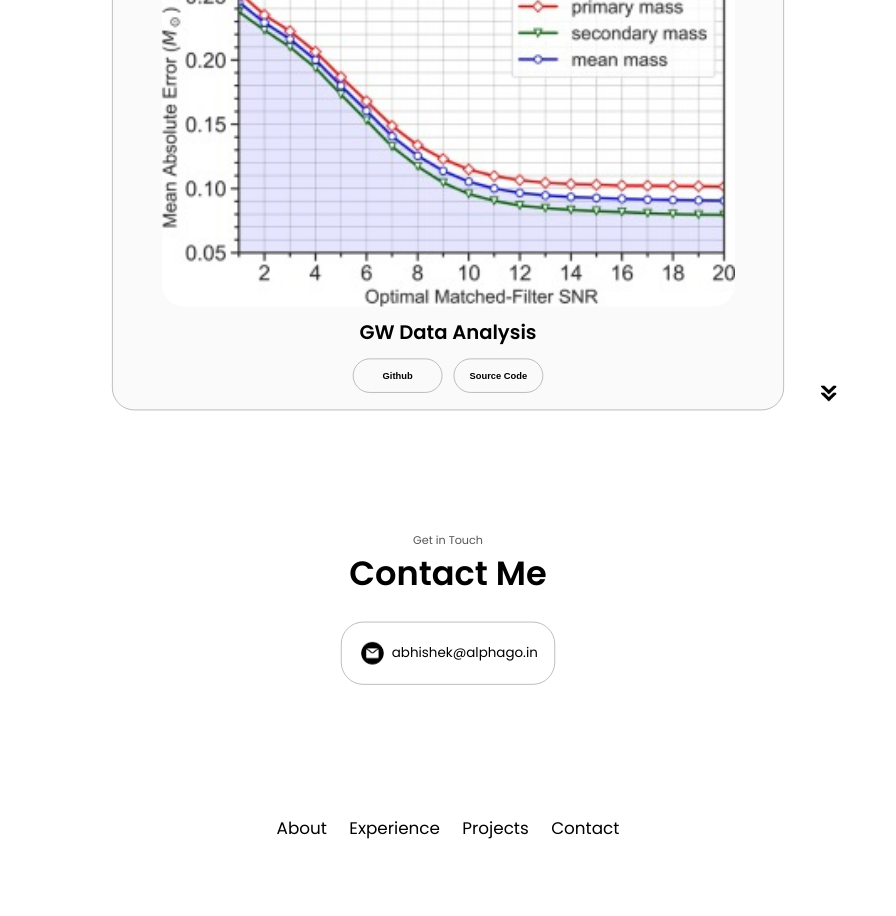
Repository: APersonalVoyage/APersonalVoyage.github.io
Page: index.html
The author's editor kept a copy of each file at every save. The page is drawn from the files as they stood at one save, then again after the next save.
The browser window is 1280 px wide. The pictures show the part of the page from y = 2973 to 4893 px (the page is 4282 px tall before and 4893 px after), at 70% of full size.
A picture or video elsewhere on the page could not be fetched, so the positions and the page height are approximate.

Above is the page before, as saved 2023-08-24 18:15:34.

### index.html
<!DOCTYPE html>
<html lang="en">
  <head>
    <meta charset="UTF-8" />
    <meta http-equiv="X-UA-Compatible" content="IE=edge" />
    <meta name="viewport" content="width=device-width, initial-scale=1.0" />
    <title>My Portfolio</title>
    <link rel="stylesheet" href="style.css" />
    <link rel="stylesheet" href="mediaqueries.css" />

  </head>
  <body>
    <nav id="desktop-nav">
      <div class="logo">Abhishek Karkola</div>
      <div>
        <ul class="nav-links">
          <li><a href="#about">About</a></li>
          <li><a href="#experience">Experience</a></li>
          <li><a href="#projects">Projects</a></li>
          <li><a href="#contact">Contact</a></li>
        </ul>
      </div>
    </nav>
    <nav id="hamburger-nav">
      <div class="logo">Abhishek Karkola</div>
      <div class="hamburger-menu">
        <div class="hamburger-icon" onclick="toggleMenu()">
          <span></span>
          <span></span>
          <span></span>
        </div>
        <div class="menu-links">
          <li><a href="#about" onclick="toggleMenu()">About</a></li>
          <li><a href="#experience" onclick="toggleMenu()">Experience</a></li>
          <li><a href="#projects" onclick="toggleMenu()">Projects</a></li>
          <li><a href="#contact" onclick="toggleMenu()">Contact</a></li>
        </div>
      </div>
    </nav>
    <section id = "profile" style = "text-align: center;" >
        <div class="section__pic-container">
            <img src="./assets/My_profile-fotor-20230824122059.png" alt="profile" class="section__pic">
        </div>
        <div class= "section_text" style = "margin-top: 200px;" >
            <p class="section__text__p1">Hello, I'm</p>
        <h1 class="title">Abhishek Karkola</h1>
        <p class="section__text__p2">Gravitational Wave Astrophysicist</p>
        <div class="btn-container">
            <button
              class="btn btn-color-2"
              onclick="window.open('./assets/Abhishek_Academic_CV.pdf')"
            >
              Download CV
            </button>
            <button class="btn btn-color-1" onclick="location.href='./#contact'">
              Contact Info
            </button>
          </div>
          <div id="socials-container">
            <img
            src="./assets/linkedin.png"
            alt="My LinkedIn profile"
            class="icon"
            onclick="location.href='https://linkedin.com/'"
          />
          <img
            src="./assets/github.png"
            alt="My Github profile"
            class="icon"
            onclick="location.href='https://github.com/APersonalVoyage'"
          />
          <img
            src="./assets/instagram.png"
            alt="My instagram profile"
            class="icon"
            onclick="location.href='https://www.instagram.com/apersonalvoyage/'"
          />
          <img
            src="./assets/twitter.png"
            alt="My twitter profile"
            class="icon"
            onclick="location.href='https://twitter.com/APersonalVoyage'"
          />
        </div>
      </div>
          </div>

        </div>
    </section>
    <section id="about">
        <p class="section__text__p1">Get To Know More</p>
        <h1 class="title">About Me</h1>
        <div class="section-container">
          <div class="section__pic-container" style="margin-top: 150px">
            <img
              src="./assets/Profile_Pic2.JPG"
              alt="Profile picture"
              class="about-pic"
            />
          </div>
          <div class="about-details-container">
            <div class="about-containers">
              <div class="details-container">
                <img
                  src="./assets/experience.png"
                  alt="Experience icon"
                  class="icon"
                />
                <h3>Experience</h3>
                <p>1+ years <br />Research Intern</p>
              </div>
              <div class="details-container">
                <img
                  src="./assets/education.png"
                  alt="Education icon"
                  class="icon"
                />
                <h3>Education</h3>
                <p>B.E. Electronics<br />M.Sc. GW Physics</p>
              </div>
            </div>
            <div class="text-container">
              <p>
                I hold a Masters degree in Gravitational Wave Physics from Cardiff University, where my academic journey led me to explore the captivating realms of cosmology, advanced general relativity, and numerical relativity. Prior to this, I earned a Bachelors degree in Electronics and Communication Engineering, where I developed a solid foundation in the intricate world of electronic systems and communication technologies
              </p>
            </div>
          </div>
        </div>
        <img
          src="./assets/arrow.png"
          alt="Arrow icon"
          class="icon arrow"
          onclick="location.href='./#experience'"
        />
    </section>
</section>
<section id="experience">
  <p class="section__text__p1">Explore My</p>
  <h1 class="title">Experience</h1>
  <div class="experience-details-container">
    <div class="about-containers">
      <div class="details-container">
        <h2 class="experience-sub-title">Areas of Expertise</h2>
        <div class="article-container">
          <article>
            <img
              src="./assets/checkmark.png"
              alt="Experience icon"
              class="icon"
            />
            <div>
              <h3>Linear Algebra</h3>
              <p>Experienced</p>
            </div>
          </article>
          <article>
            <img
              src="./assets/checkmark.png"
              alt="Experience icon"
              class="icon"
            />
            <div>
              <h3>Tensor Mathematics</h3>
              <p>Experienced</p>
            </div>
          </article>
          <article>
            <img
              src="./assets/checkmark.png"
              alt="Experience icon"
              class="icon"
            />
            <div>
              <h3>General Relativity</h3>
              <p>Intermediate</p>
            </div>
          </article>
          <article>
            <img
              src="./assets/checkmark.png"
              alt="Experience icon"
              class="icon"
            />
            <div>
              <h3>Cosmology</h3>
              <p>Intermediate</p>
            </div>
          </article>
          <article>
            <img
              src="./assets/checkmark.png"
              alt="Experience icon"
              class="icon"
            />
            <div>
              <h3>Numerical Relativity</h3>
              <p>Basic</p>
            </div>
          </article>
          <article>
            <img
              src="./assets/checkmark.png"
              alt="Experience icon"
              class="icon"
            />
            <div>
              <h3>GW Astrophysics</h3>
              <p>Intermediate</p>
            </div>
          </article>
        </div>
      </div>
      <div class="details-container">
        <h2 class="experience-sub-title">Tools and technologies</h2>
        <div class="article-container">
          <article>
            <img
              src="./assets/checkmark.png"
              alt="Experience icon"
              class="icon"
            />
            <div>
              <h3>PostgreSQL</h3>
              <p>Basic</p>
            </div>
          </article>
          <article>
            <img
              src="./assets/checkmark.png"
              alt="Experience icon"
              class="icon"
            />
            <div>
              <h3>HTML</h3>
              <p>Intermediate</p>
            </div>
          </article>
          <article>
            <img
              src="./assets/checkmark.png"
              alt="Experience icon"
              class="icon"
            />
            <div>
              <h3>Python</h3>
              <p>Experienced</p>
            </div>
          </article>
          <article>
            <img
              src="./assets/checkmark.png"
              alt="Experience icon"
              class="icon"
            />
            <div>
              <h3>Git</h3>
              <p>Intermediate</p>
            </div>
          </article>
          <article>
            <img
              src="./assets/checkmark.png"
              alt="Experience icon"
              class="icon"
            />
            <div>
              <h3> High Performance Computing (HPC)</h3>
              <p>Intermediate</p>
            </div>
          </article>
        </div>
      </div>
    </div>
  </div>
  <img
    src="./assets/arrow.png"
    alt="Arrow icon"
    class="icon arrow"
    onclick="location.href='./#projects'"
  />
</section>
<section id="projects">
    <p class="section__text__p1">Browse My Recent</p>
    <h1 class="title">Projects</h1>
    <div class="experience-details-container">
      <div class="about-containers">
        <div class="details-container color-container">
          <div class="article-container">
            <img
              src="./assets/10-Figure2-1.png"
              alt="Project 1"
              class="project-img"
            />
          </div>
          <h2 class="experience-sub-title project-title">Updating Gravitational Wave Constraints on Modified Gravity</h2>
          <div class="btn-container">
            <button
              class="btn btn-color-2 project-btn"
              onclick="location.href='https://github.com/APersonalVoyage/MSc_Thesis'"
            >
              Github
            </button>
            <button
              class="btn btn-color-2 project-btn"
              onclick="location.href='https://github.com/APersonalVoyage/MSc_Thesis/blob/main/Abhishek_Msc_Dissertation%20.pdf'"
            >
              Thesis
            </button>
          </div>
        </div>
        <div class="details-container color-container">
          <div class="article-container">
            <img
              src="./assets/GW150914_IMR.png"
              alt="Project 2"
              class="project-img"
            />
          </div>
          <h2 class="experience-sub-title project-title">Parameter Estimation of Gravitational-wave Source</h2>
          <div class="btn-container">
            <button
              class="btn btn-color-2 project-btn"
              onclick="location.href='https://github.com/APersonalVoyage/GW-data-analysis'"
            >
              Github
            </button>
            <button
              class="btn btn-color-2 project-btn"
              onclick="location.href='https://github.com/gw-odw/odw-2021'"
            >
              Source Code
            </button>
          </div>
        </div>
        <div class="details-container color-container">
            <div class="article-container">
              <img
                src="./assets/PE.jpg"
                alt="Project 3"
                class="project-img"
              />
            </div>
            <h2 class="experience-sub-title project-title">GW Data Analysis</h2>
            <div class="btn-container">
              <button
                class="btn btn-color-2 project-btn"
                onclick="location.href='https://github.com/APersonalVoyage/Data-Analysis-2022'"
              >
                Github
              </button>
              <button
                class="btn btn-color-2 project-btn"
                onclick="location.href='https://github.com/APersonalVoyage/Data-Analysis-2022'"
              >
                Source Code
              </button>
            </div>
          </div>

      </div>
    </div>
    <img
      src="./assets/arrow.png"
      alt="Arrow icon"
      class="icon arrow"
      onclick="location.href='./#projects'"
    />
  </section>
  <section id="contact">
    <p class="section__text__p1">Get in Touch</p>
    <h1 class="title">Contact Me</h1>
    <div class="contact-info-upper-container">
      <div class="contact-info-container">
        <img
          src="./assets/email.png"
          alt="Email icon"
          class="icon contact-icon email-icon"
        />
        <p><a href="mailto:examplemail@gmail.com">abhishek@alphago.in</a></p>
      </div>
    </div>
  </section>
  <footer>
    <nav>
      <div class="nav-links-container">
        <ul class="nav-links">
          <li><a href="#about">About</a></li>
          <li><a href="#experience">Experience</a></li>
          <li><a href="#projects">Projects</a></li>
          <li><a href="#contact">Contact</a></li>
        </ul>
      </div>
    </nav>

  </footer>
  <script src="script.js"></script>
</body>
</html>

### style.css
/* GENERAL */

@import url("https://fonts.googleapis.com/css2?family=Poppins:wght@300;400;500;600&display=swap");

* {
  margin: 0;
  padding: 0;
}

body {
  font-family: "Poppins", sans-serif;
}

html {
  scroll-behavior: smooth;
}

p {
  color: rgb(85, 85, 85);
}

/* TRANSITION */

a,
.btn {
  transition: all 300ms ease;
}

/* DESKTOP NAV */

nav,
.nav-links {
  display: flex;
}

nav {
  justify-content: space-around;
  align-items: center;
  height: 17vh;
}

.nav-links {
  gap: 2rem;
  list-style: none;
  font-size: 1.5rem;
}

a {
  color: black;
  text-decoration: none;
  text-decoration-color: white;
}

a:hover {
  color: grey;
  text-decoration: underline;
  text-underline-offset: 1rem;
  text-decoration-color: rgb(181, 181, 181);
}

.logo {
  font-size: 2rem;
}

.logo:hover {
  cursor: default;
}

/* HAMBURGER MENU */

#hamburger-nav {
  display: none;
}

.hamburger-menu {
  position: relative;
  display: inline-block;
}

.hamburger-icon {
  display: flex;
  flex-direction: column;
  justify-content: space-between;
  height: 24px;
  width: 30px;
  cursor: pointer;
}

.hamburger-icon span {
  width: 100%;
  height: 2px;
  background-color: black;
  transition: all 0.3 ease-in-out;
}

.menu-links {
  position: absolute;
  top: 100%;
  right: 0;
  background-color: white;
  width: fit-content;
  max-height: 0;
  overflow: hidden;
  transition: all 0.3 ease-in-out;
}

.menu-links a {
  display: block;
  padding: 10px;
  text-align: center;
  font-size: 1.5rem;
  color: black;
  text-decoration: none;
  transition: all 0.3 ease-in-out;
}

.menu-links li {
  list-style: none;
}

.menu-links.open {
  max-height: 300px;
}

.hamburger-icon.open span:first-child {
  transform: rotate(45deg) translate(10px, 5px);
}

.hamburger-icon.open span:nth-child(2) {
  opacity: 0;
}

.hamburger-icon.open span:last-child {
  transform: rotate(-45deg) translate(10px, -5px);
}

.hamburger-icon span:first-child {
  transform: none;
}

.hamburger-icon span:first-child {
  opacity: 1;
}

.hamburger-icon span:first-child {
  transform: none;
}

/* SECTIONS */

section {
  padding-top: 4vh;
  height: 96vh;
  margin: 0 10rem;
  box-sizing: border-box;
  min-height: fit-content;
}

.section-container {
  display: flex;
}

/* PROFILE SECTION */

#profile {
  display: flex;
  justify-content: center;
  gap: 5rem;
  height: 80vh;
}

.section__pic-container {
  display: flex;
  height: 400px;
  width: 400px;
  margin: auto 0;
}

.section__text {
  align-self: center;
  text-align: center;
}

.section__text p {
  font-weight: 600;
}

.section__text__p1 {
  text-align: center;
}

.section__text__p2 {
  font-size: 1.75rem;
  margin-bottom: 1rem;
}

.title {
  font-size: 3rem;
  text-align: center;
}

#socials-container {
  display: flex;
  justify-content: center;
  margin-top: 1rem;
  gap: 1rem;
}

/* ICONS */

.icon {
  cursor: pointer;
  height: 2rem;
}

/* BUTTONS */

.btn-container {
  display: flex;
  justify-content: center;
  gap: 1rem;
}

.btn {
  font-weight: 600;
  transition: all 300ms ease;
  padding: 1rem;
  width: 8rem;
  border-radius: 2rem;
}

.btn-color-1,
.btn-color-2 {
  border: rgb(53, 53, 53) 0.1rem solid;
}

.btn-color-1:hover,
.btn-color-2:hover {
  cursor: pointer;
}

.btn-color-1,
.btn-color-2:hover {
  background: rgb(53, 53, 53);
  color: white;
}

.btn-color-1:hover {
  background: rgb(0, 0, 0);
}

.btn-color-2 {
  background: none;
}

.btn-color-2:hover {
  border: rgb(255, 255, 255) 0.1rem solid;
}

.btn-container {
  gap: 1rem;
}

/* ABOUT SECTION */

#about {
  position: relative;
}

.about-containers {
  gap: 2rem;
  margin-bottom: 2rem;
  margin-top: 2rem;
}

.about-details-container {
  justify-content: center;
  flex-direction: column;
}

.about-containers,
.about-details-container {
  display: flex;
}

.about-pic {
  border-radius: 2rem;
}

.arrow {
  position: absolute;
  right: -5rem;
  bottom: 2.5rem;
}

.details-container {
  padding: 1.5rem;
  flex: 1;
  background: white;
  border-radius: 2rem;
  border: rgb(53, 53, 53) 0.1rem solid;
  border-color: rgb(163, 163, 163);
  text-align: center;
}

.section-container {
  gap: 4rem;
  height: 80%;
}

.section__pic-container {
  height: 400px;
  width: 400px;
  margin: auto 0;
}

/* EXPERIENCE SECTION */

#experience {
  position: relative;
}

.experience-sub-title {
  color: rgb(85, 85, 85);
  font-weight: 600;
  font-size: 1.75rem;
  margin-bottom: 2rem;
}

.experience-details-container {
  display: flex;
  justify-content: center;
  flex-direction: column;
}

.article-container {
  display: flex;
  text-align: initial;
  flex-wrap: wrap;
  flex-direction: row;
  gap: 2.5rem;
  justify-content: space-around;
}

article {
  display: flex;
  width: 10rem;
  justify-content: space-around;
  gap: 0.5rem;
}

article .icon {
  cursor: default;
}

/* PROJECTS SECTION */

#projects {
  position: relative;
}

.color-container {
  border-color: rgb(163, 163, 163);
  background: rgb(250, 250, 250);
}

.project-img {
  border-radius: 2rem;
  width: 90%;
  height: 90%;
}

.project-title {
  margin: 1rem;
  color: black;
}

.project-btn {
  color: black;
  border-color: rgb(163, 163, 163);
}

/* CONTACT */

#contact {
  display: flex;
  justify-content: center;
  flex-direction: column;
  height: 70vh;
}

.contact-info-upper-container {
  display: flex;
  justify-content: center;
  border-radius: 2rem;
  border: rgb(53, 53, 53) 0.1rem solid;
  border-color: rgb(163, 163, 163);
  background: (250, 250, 250);
  margin: 2rem auto;
  padding: 0.5rem;
}

.contact-info-container {
  display: flex;
  align-items: center;
  justify-content: center;
  gap: 0.5rem;
  margin: 1rem;
}

.contact-info-container p {
  font-size: larger;
}

.contact-icon {
  cursor: default;
}

.email-icon {
  height: 2.5rem;
}

/* FOOTER SECTION */

footer {
  height: 26vh;
  margin: 0 1rem;
}

footer p {
  text-align: center;
}

### mediaqueries.css
@media screen and (max-width: 1400px) {
  #profile {
    height: 83vh;
    margin-bottom: 6rem;
  }
  .about-containers {
    flex-wrap: wrap;
  }
}

@media screen and (max-width: 1200px) {
  #desktop-nav {
    display: none;
  }
  #hamburger-nav {
    display: flex;
  }
  #experience,
  .experience-details-container {
    margin-top: 2rem;
  }
  #profile,
  .section-container {
    display: block;
  }
  .arrow {
    display: none;
  }
  section,
  .section-container {
    height: fit-content;
  }
  section {
    margin: 0 5%;
  }
  .section__pic-container {
    width: 275px;
    height: 275px;
    margin: 0 auto 2rem;
  }
  .about-containers {
    margin-top: 0;
  }
}

@media screen and (max-width: 600px) {
  #contact,
  footer {
    height: 40vh;
  }
  #profile {
    height: 83vh;
    margin-bottom: 0;
  }
  article {
    font-size: 1rem;
  }
  footer nav {
    height: fit-content;
    margin-bottom: 2rem;
  }
  .about-containers,
  .contact-info-upper-container,
  .btn-container {
    flex-wrap: wrap;
  }
  .contact-info-container {
    margin: 0;
  }
  .contact-info-container p,
  .nav-links li a {
    font-size: 1rem;
  }
  .experience-sub-title {
    font-size: 1.25rem;
  }
  .logo {
    font-size: 1.5rem;
  }
  .nav-links {
    flex-direction: column;
    gap: 0.5rem;
    text-align: center;
  }
  .section__pic-container {
    width: auto;
    height: 46vw;
    justify-content: center;
  }
  .section__text__p2 {
    font-size: 1.25rem;
  }
  .title {
    font-size: 2rem;
  }
  .text-container {
    text-align: justify;
  }
}

### script.js
function toggleMenu() {
    const menu = document.querySelector(".menu-links");
    const icon = document.querySelector(".hamburger-icon");
    menu.classList.toggle("open");
    icon.classList.toggle("open");
  }

After the next save:
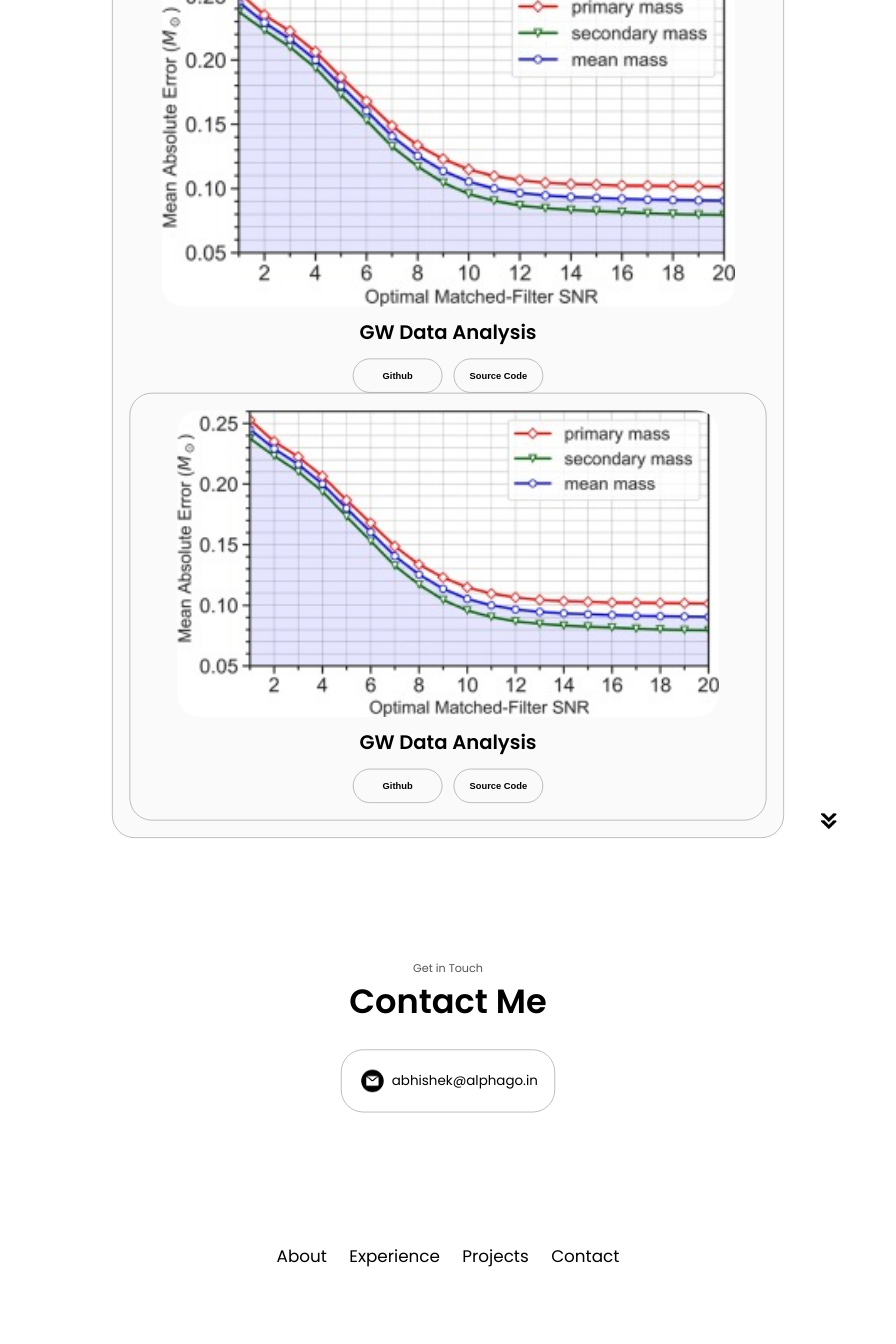
Saved 54 s later.
--- a/index.html
+++ b/index.html
@@ -332,7 +332,30 @@
             </button>
           </div>
         </div>
-        <div class="details-container color-container">
+         <div class="details-container color-container">
+          <div class="article-container">
+            <img
+              src="./assets/PE.jpg"
+              alt="Project 3"
+              class="project-img"
+            />
+          </div>
+          <h2 class="experience-sub-title project-title">GW Data Analysis</h2>
+          <div class="btn-container">
+            <button
+              class="btn btn-color-2 project-btn"
+              onclick="location.href='https://github.com/APersonalVoyage/Data-Analysis-2022'"
+            >
+              Github
+            </button>
+            <button
+              class="btn btn-color-2 project-btn"
+              onclick="location.href='https://github.com/APersonalVoyage/Data-Analysis-2022'"
+            >
+              Source Code
+            </button>
+          </div>
+          <div class="details-container color-container">
             <div class="article-container">
               <img
                 src="./assets/PE.jpg"
@@ -355,7 +378,7 @@
                 Source Code
               </button>
             </div>
-          </div>
+        </div>
 
       </div>
     </div>
